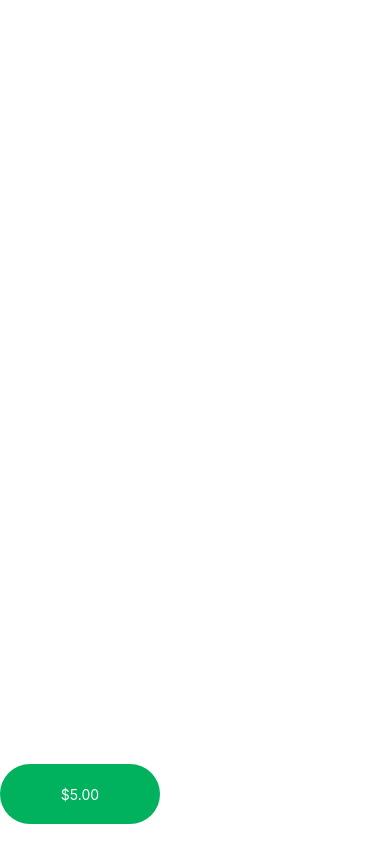
Repository: CodeBunny786/React-Native-Reveal-Animation
Screen: /
These files come from the project's save history. The screen is drawn as it stood at one moment and after the next save; the edit follows.
The app was drawn by React Native's web renderer in a window 390 px wide. The project was rebuilt for these pictures with package versions that can differ from the ones it lists, and the page was loaded fresh each time.

Above is the screen before, as saved 2019-10-28 11:51:12.

After the next save:
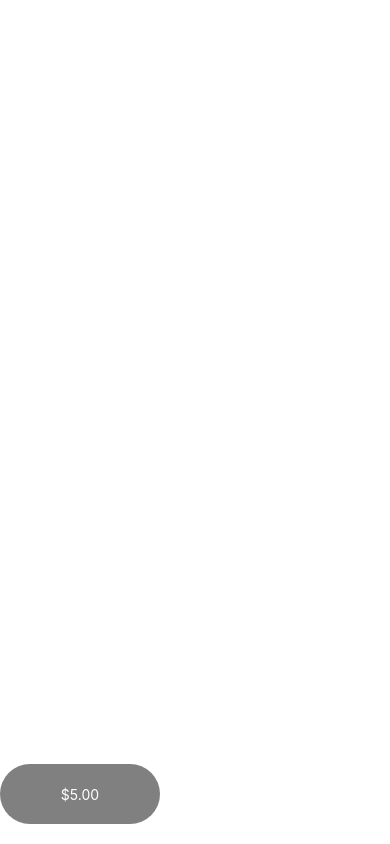
Saved 20 s later.
--- a/App.js
+++ b/App.js
@@ -86,7 +86,7 @@ const styles = StyleSheet.create({
     color: "#FFF",
   },
   pay: {
-    backgroundColor: "#00B15E",
+    backgroundColor: "grey",
   },
   label: {
     color: "#FFF",
